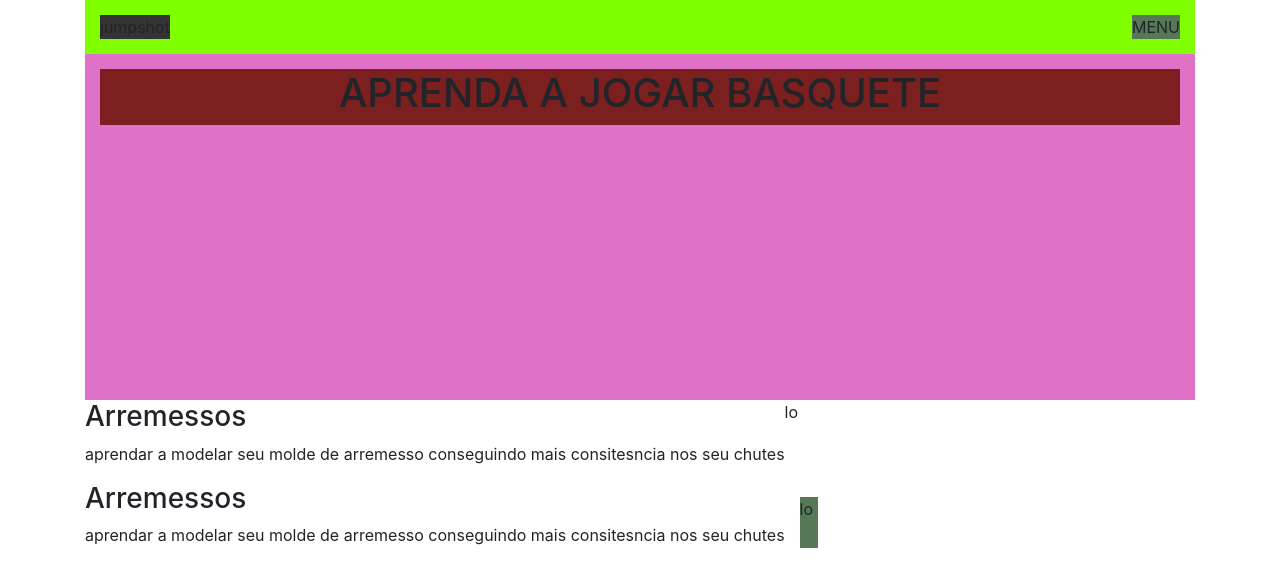
Repository: luisbisp/Jumpshot
Page: index.htm
An editor plug-in stored every save of this project. The page is shown before and after the next save, followed by the edit.
The browser window is 1280 px wide. The pictures show the whole page.

Above is the page before, as saved 2021-07-07 11:54:19.

### index.htm
<!DOCTYPE html>
<html lang="en">

<head>
    <meta charset="UTF-8">
    <meta http-equiv="X-UA-Compatible" content="IE=edge">
    <meta name="viewport" content="width=device-width, initial-scale=1.0">
    <link rel="stylesheet" href="./styles/styles.css">
    <link rel="stylesheet" href="https://maxcdn.bootstrapcdn.com/bootstrap/4.0.0/css/bootstrap.min.css" integrity="sha384-Gn5384xqQ1aoWXA+058RXPxPg6fy4IWvTNh0E263XmFcJlSAwiGgFAW/dAiS6JXm" crossorigin="anonymous">
    <title>jumpshot</title>
</head>

<body>
    <div class="container">  <!-- div com todo conteudo da pagina -->


        <header> <!-- div com conteudo do cabeçalho -->
            <div class="div-header">
                <div class="logo">jumpshot</div>
                <div class="menu">
                    MENU
                </div>
            </div>
            <div class="div-title">
                <h1> APRENDA A JOGAR BASQUETE</h1>
            </div>
        </header>

         <!-- divs com o conteudo da pagina -->
        <div class="content">
            <div class="words">
                <h3>Arremessos</h3>
                <p>aprendar a modelar seu molde de arremesso conseguindo mais consitesncia nos seu chutes</p>
            </div>
            <div class="image">
                lo
                <img src="" alt="">
            </div>
        </div>

        <div class="content">
            <div class="words">
                <h3>Arremessos</h3>
                <p>aprendar a modelar seu molde de arremesso conseguindo mais consitesncia nos seu chutes</p>
            </div>
            <div class="div-image">
                lo
                <img src="" alt="">
            </div>
        </div>

    </div>
</body>

</html>

### styles/styles.css
*{
    margin: 0;
    padding: 0;
}

 header {
     background-color: rgb(223, 113, 199);
     height: 400px;
 }
 .div-header{
       background-color: chartreuse;
       display: flex;
       justify-content: space-between;
}

.logo{
    background-color: #343434;
    margin: 15px;
}

.menu{
    background-color: #567856;
    margin: 15px;
}

.div-title{
    background-color: rgb(124, 31, 31);
    display: flex;
    justify-content: center;
    margin: 15px;
}

.content{
    display: flex;

}

.div-image{
    background-color: #567856;
    margin: 15px;
}

After the next save:
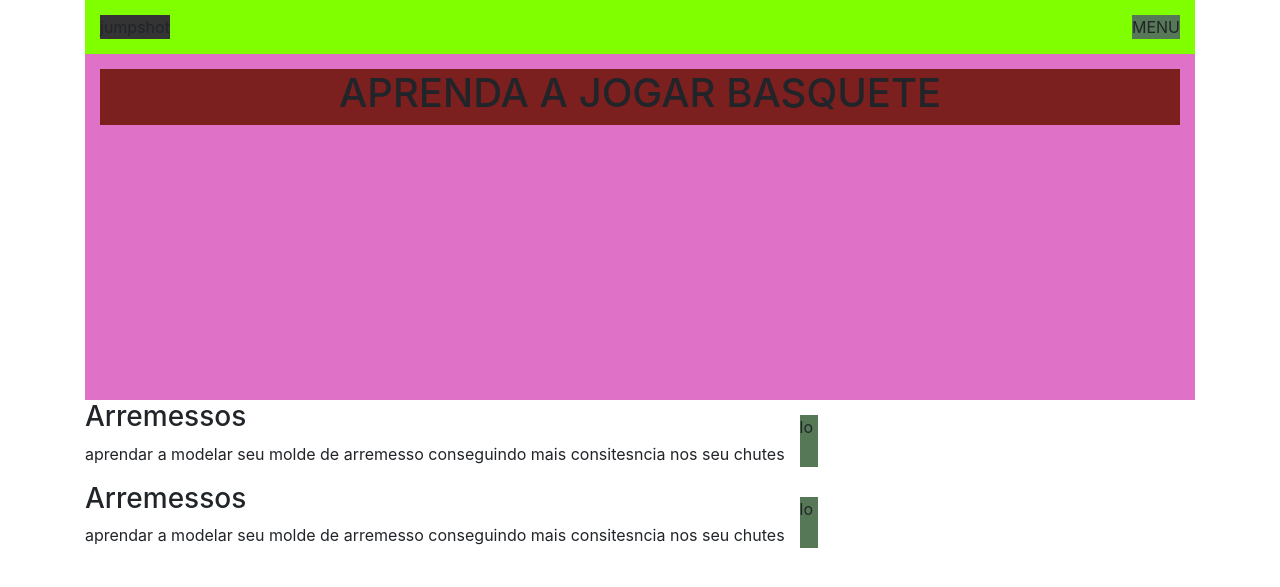
Saved 13 s later.
--- a/index.htm
+++ b/index.htm
@@ -32,7 +32,7 @@
                 <h3>Arremessos</h3>
                 <p>aprendar a modelar seu molde de arremesso conseguindo mais consitesncia nos seu chutes</p>
             </div>
-            <div class="image">
+            <div class="div-image">
                 lo
                 <img src="" alt="">
             </div>
